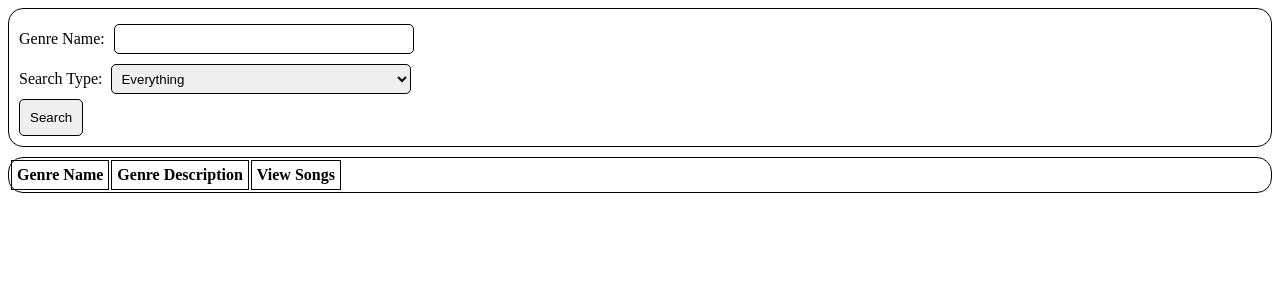
Repository: jasonfic/jmf194_INFSCI1017
Page: MusicJpaWeb/WebContent/genre2.html
An editor plug-in stored every save of this project. The page is shown before and after the next save, followed by the edit.
The browser window is 1280 px wide. The pictures show the whole page.

Above is the page before, as saved 2019-04-13 22:33:08.
Console error: SyntaxError: Unexpected token '*'

### MusicJpaWeb/WebContent/genre2.html
<html>
<head>
<meta charset="UTF-8">
<title>Music Genres</title>
<script src="script/jquery-3.4.0.min.js"></script>
<link href="css/style.css" rel="stylesheet" type="text/css" />

</head>
<body>
<div id="genreSearch">
	<div>
		Genre Name: <input type="text" id="genreName" name="genreName" value="" class="textField" />
	</div>
	<div>
		Search Type:
		<select name="searchType" id="searchType" class="textField">
			<option value="">Everything</option>
			<option value="equals">Equals</option>
			<option value="begins">Begins</option>
			<option value="ends">Ends</option>
			<option value="contains">Contains</option>
		</select>
	</div>
	<div>
		<input type="button" id="btnSearch" name="btnSubmit" value="Search" />
	</div>
</div>

<div id="searchResults">
	<table id="tblSearchResults">
		<tr>
			<th>Genre Name</th>
			<th>Genre Description</th>
			<th>View Songs</th>
		</tr>
	</table>
</div>

</body>
<script>
	$(document).ready(function (){
		$("#btnSearch").click(function (){
			search();
		});

		$("#genreName").keyup(function () {
			var keyPressed = $("#genreName").val();
			if (keyPressed.length > 2) {
				search();
			}
			else {
				$(".dataRow").remove();
			}
		});*/
	});

	function search(optSearchType) {
		var genreName = $("#genreName").val();
		var searchType = $("#searchType").val();
		// console.log("Genre: " + genreName);
		// console.log("SearchType: " + searchType)
		var url = "GenreListWS?genreName=" + genreName + "&searchType=" + searchType;
		// console.log(url);
		$.get(url, function(resp){
			parseGenreData(resp);
		})
		/* logic for dealing with optional parameters
		if(optSearchType === undefined) {
			searchType = $("#searchType").val();
		}
		else {
			searchType = optSearchType;
		}*/
	}

	function parseGenreData(data){
		// $("#searchResults").text(JSON.stringify(data));
		//$(".dataRow").empty();
		var result = "";

		for(var i=0; i < data.length; i++){
			var tr = $("<tr></tr>"); // created empty html table row
			tr.attr({"class" : "datarow"});

			// First data cell
			var td = $("<td></td>"); // created empty html table data
			td.html(data[i].genre_name);
			tr.append(td);

			// Second data cell
			// Note that we don't need to redeclare this
			td = $("<td></td>");
			td.html(data[i].description)
			tr.append(td);

			// Third data cell
			td = $("<td></td>");
			var link = "<a href='song.html?genre_id=" + data[i].genre_id + "'>View Songs</a>";
			td.html(link)
			tr.append(td);

			// Append row to the table
			$("#tblSearchResults").append(tr);

			// result += 'Name: ' + data[i].genre_name + ' Description: ' + data[i].description + '<br />';
		}

		// $("#searchResults").html(result);
	}
</script>
</html>

### MusicJpaWeb/WebContent/css/style.css
#genreSearch {
	border: 1px solid #000;
	padding: 10px;
	border-radius: 15px;
}

.textField {
	border: 1px solid #000;
	border-radius: 5px;
	padding: 5px;
	margin: 5px;
	width: 300px;
	height: 30px;
}

#searchResults {
	border: 1px solid #000;
	heading: 10px;
	margin-top: 10px;
	border-radius: 15px;
}

input[type=button] {
	border: 1px solid #000;
	padding: 10px;
	border-radius: 5px;
}

#tblSearchResults tr th, td {
	border: 1px solid #000;
	padding: 5px;
	border-collapse: ;
}

Loaded but not shown: MusicJpaWeb/WebContent/script/jquery-3.4.0.min.js (library)

After the next save:
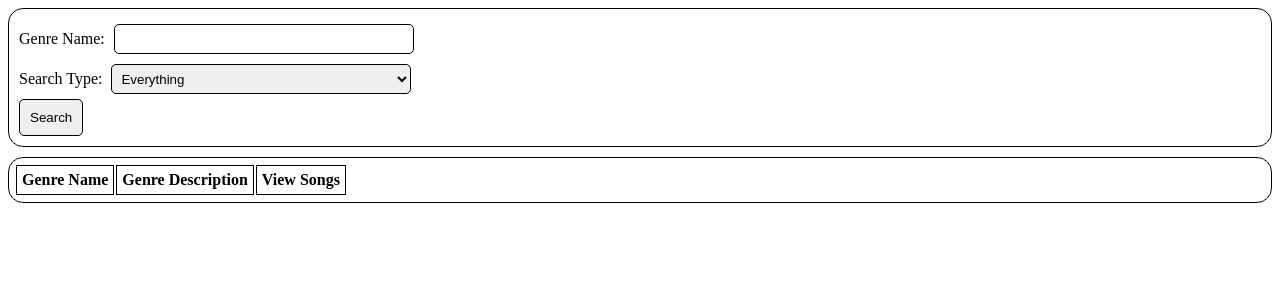
Saved 2 h 6 min later.
--- a/MusicJpaWeb/WebContent/css/style.css
+++ b/MusicJpaWeb/WebContent/css/style.css
@@ -16,6 +16,7 @@
 #searchResults {
 	border: 1px solid #000;
 	heading: 10px;
+	padding: 5px;
 	margin-top: 10px;
 	border-radius: 15px;
 }
